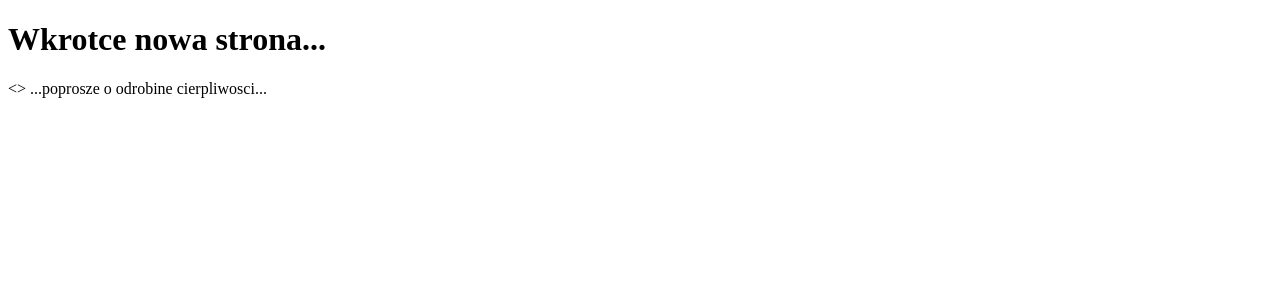
Repository: insolt/Verti.github.io
Page: index.html
The author's editor kept a copy of each file at every save. The page is drawn from the files as they stood at one save, then again after the next save.
The browser window is 1280 px wide. The pictures show the whole page.

Above is the page before, as saved 2020-09-08 10:25:33.

### index.html
<!DOCTYPE html>
<html lang="en">

<head>
    <meta charset="UTF-8">
    <meta name="viewport" content="width=device-width, initial-scale=1.0">
    <title>Project Verti</title>
</head>

<body>
    <h1>Wkrotce nowa strona...</h1>
    <> ...poprosze o odrobine cierpliwosci...</h2>

</body>

</html>

After the next save:
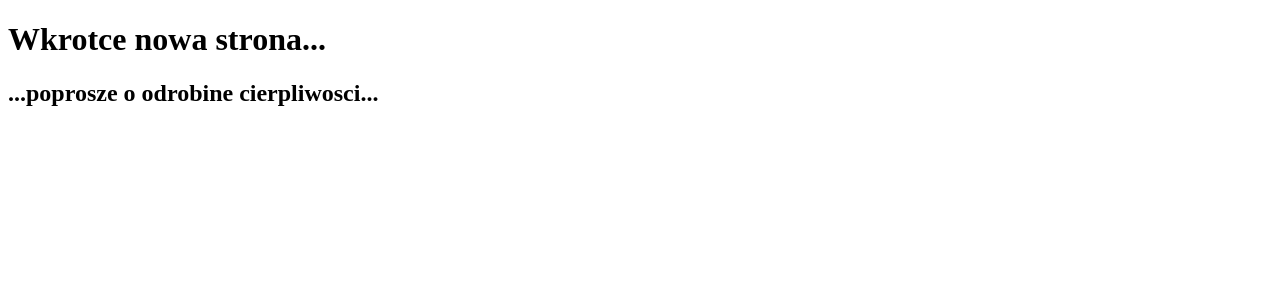
Saved 4 s later.
--- a/index.html
+++ b/index.html
@@ -9,7 +9,7 @@
 
 <body>
     <h1>Wkrotce nowa strona...</h1>
-    <> ...poprosze o odrobine cierpliwosci...</h2>
+    <h2> ...poprosze o odrobine cierpliwosci...</h2>
 
 </body>
 
